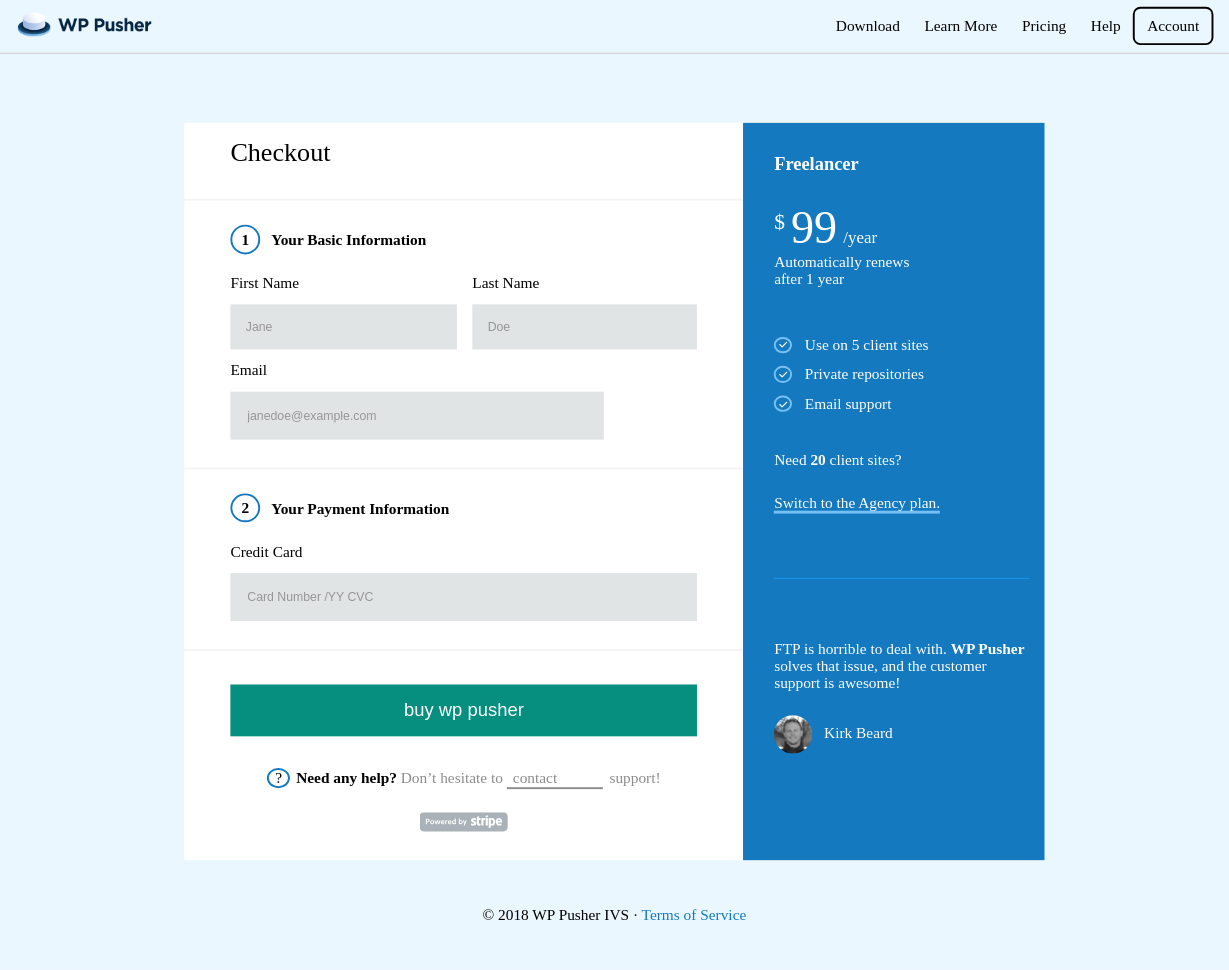
Repository: dark-txch/ass-1-6
Page: src/pages/wpPusher.html
These files come from the project's save history. The page is drawn as it stood at one moment and after a run of saves; the edit follows.
The browser window is 1280 px wide. The pictures show the whole page, at 96% of full size.
Some web libraries are served in a nearby version.

Above is the page before, as saved 2024-11-29 15:39:35.

After the next 2 saves:
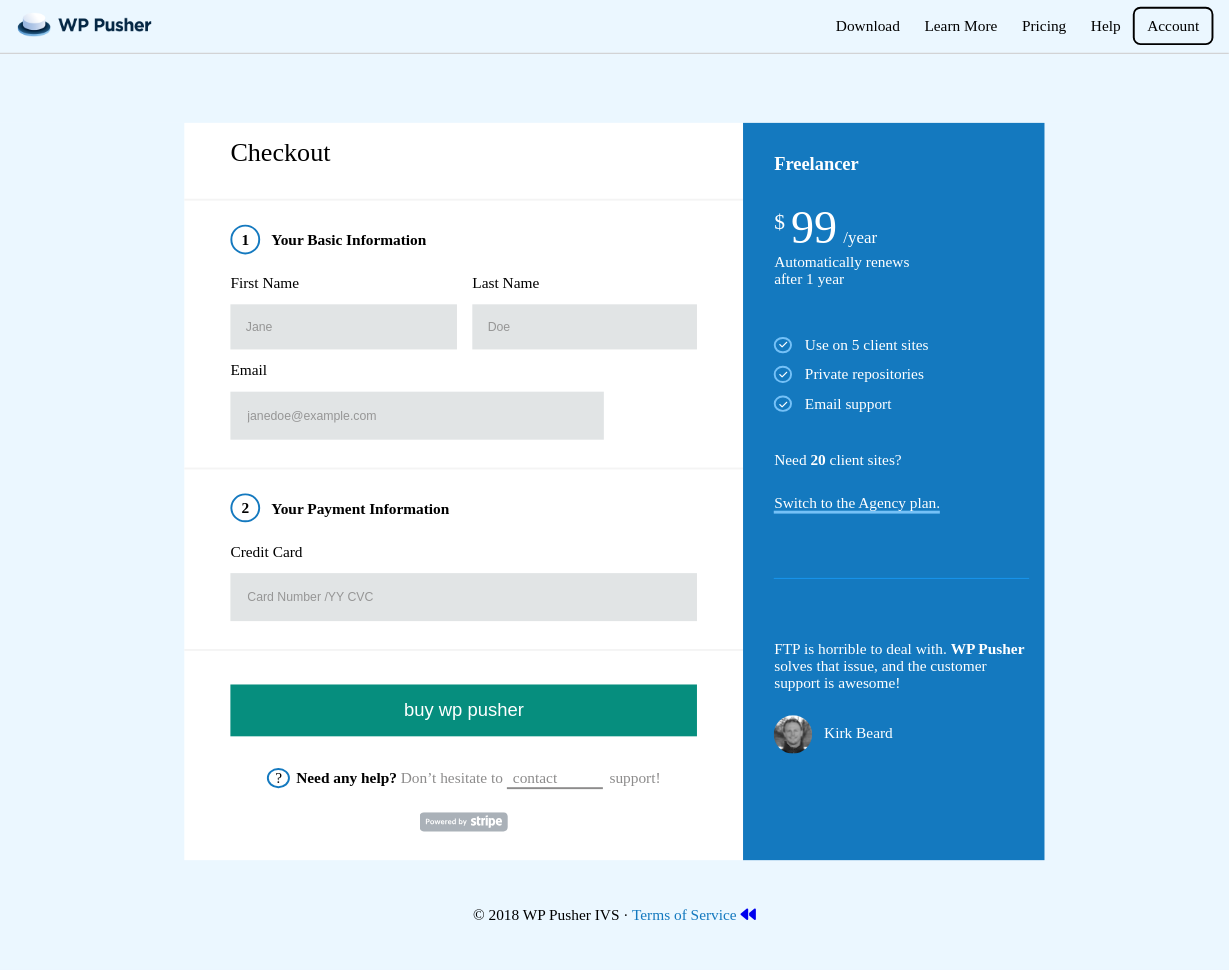
The 2 saves are shown as one change because they came seconds apart.
The last was saved 97 s later.
--- a/src/pages/wpPusher.html
+++ b/src/pages/wpPusher.html
@@ -159,6 +159,11 @@
 		</main>
 		<footer>
 			&copy; 2018 WP Pusher IVS &#183; <span>Terms of Service</span>
+				<span>
+				<a href="/index.html">
+					<i class="fa-solid fa-backward"></i>
+				</a>
+			</span>
 		</footer>
 	</body>
 </html>
